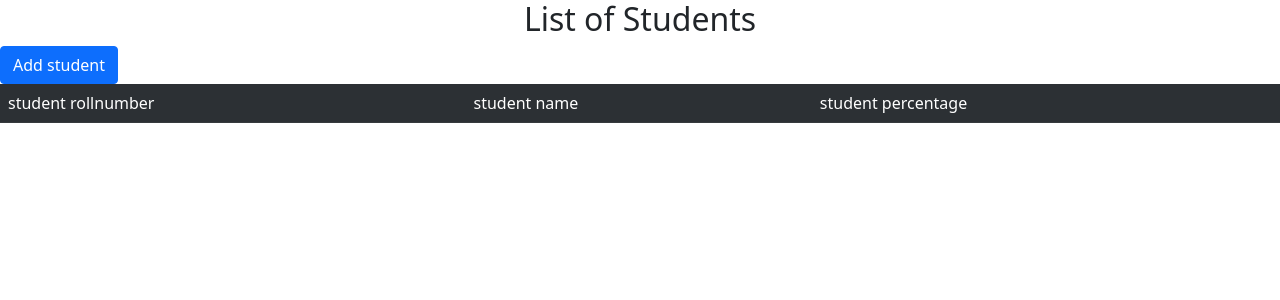
Repository: RMVLajaykumar/monojavaee
Page: http://localhost/12-student-mvc-db/Student
These files come from the project's save history. The page is drawn as it stood at one moment and after the next save; the edit follows.
The browser window is 1280 px wide. The pictures show the whole page.
The page is served by Tomcat 9. Other server files are loaded and not shown. Queries for data that is not in the repository find no rows.

Above is the page before, as saved 2024-07-17 07:18:46.

### 12-student-mvc-db/WebContent/view-student.jsp
<%@ page language="java" contentType="text/html; charset=ISO-8859-1"
    pageEncoding="ISO-8859-1"%>
<%@ taglib uri="http://java.sun.com/jsp/jstl/core" prefix="c"%>
<%@ taglib uri="http://java.sun.com/jsp/jstl/functions" prefix="fn"%>
<link href="https://cdn.jsdelivr.net/npm/bootstrap@5.0.2/dist/css/bootstrap.min.css" rel="stylesheet" integrity="sha384-EVSTQN3/azprG1Anm3QDgpJLIm9Nao0Yz1ztcQTwFspd3yD65VohhpuuCOmLASjC" crossorigin="anonymous">
<script src="https://cdn.jsdelivr.net/npm/bootstrap@5.0.2/dist/js/bootstrap.bundle.min.js" integrity="sha384-MrcW6ZMFYlzcLA8Nl+NtUVF0sA7MsXsP1UyJoMp4YLEuNSfAP+JcXn/tWtIaxVXM" crossorigin="anonymous"></script>

<!DOCTYPE html>
<html>
<head>
<meta charset="ISO-8859-1">
<title>Insert title here</title>
</head>
<body>
<h2 class="text-center">List of Students</h2>



<table class="table table-dark table-striped">
		<tr>
			<td>student rollnumber</td>
			<td>student name</td>
			<td>student percentage</td>

		</tr>
		<c:forEach var="student" items="${theStudentList}" >
			<tr>
				<td>${student.rollnumber}</td>
				<td>${student.name}</td>
				<td>${student.pecentage}</td>


			</tr>
	 </c:forEach>

          <a href="add-student.jsp" class="btn btn-primary">Add student</a>


</body>
</html>

### 12-student-mvc-db/src/com/monocept/controller/StudentController.java
package com.monocept.controller;

import java.io.IOException;
import java.util.List;

import javax.annotation.Resource;
import javax.servlet.RequestDispatcher;
import javax.servlet.ServletException;
import javax.servlet.annotation.WebServlet;
import javax.servlet.http.HttpServlet;
import javax.servlet.http.HttpServletRequest;
import javax.servlet.http.HttpServletResponse;
import javax.sql.DataSource;

import com.monocept.dao.StudentDbUtil;
import com.monocept.entry.Student;


@WebServlet("/Student")
public class StudentController extends HttpServlet {
	private static final long serialVersionUID = 1L;

	private StudentDbUtil studentDbUtil;

   @Resource (name="jdbc/studentdb")
   private DataSource dataSource;

   @Override
   public void init() throws ServletException{
	   super.init();
	   studentDbUtil=new StudentDbUtil(dataSource);

   }


	protected void doGet(HttpServletRequest request, HttpServletResponse response) throws ServletException, IOException {

		listStudent(request,response);

	}
	private void listStudent(HttpServletRequest request, HttpServletResponse response)  throws ServletException, IOException {
		List<Student> studentList = studentDbUtil.getStudent();
		System.out.println(studentList);
		request.setAttribute("theStudentList", studentList);
		RequestDispatcher requestDispatcher = request.getRequestDispatcher("view-student.jsp");
		requestDispatcher.forward(request, response);


	}


	protected void doPost(HttpServletRequest request, HttpServletResponse response) throws ServletException, IOException {

	}

}

After the next save:
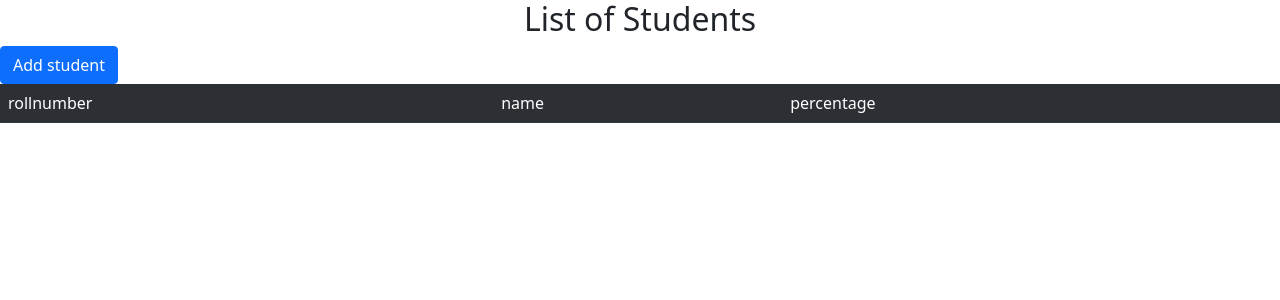
Saved 54 min 3 s later.
--- a/12-student-mvc-db/WebContent/view-student.jsp
+++ b/12-student-mvc-db/WebContent/view-student.jsp
@@ -18,9 +18,9 @@
 
 <table class="table table-dark table-striped">
 		<tr>
-			<td>student rollnumber</td>
-			<td>student name</td>
-			<td>student percentage</td>
+			<td>rollnumber</td>
+			<td>name</td>
+			<td>percentage</td>
 
 		</tr>
 		<c:forEach var="student" items="${theStudentList}" >
